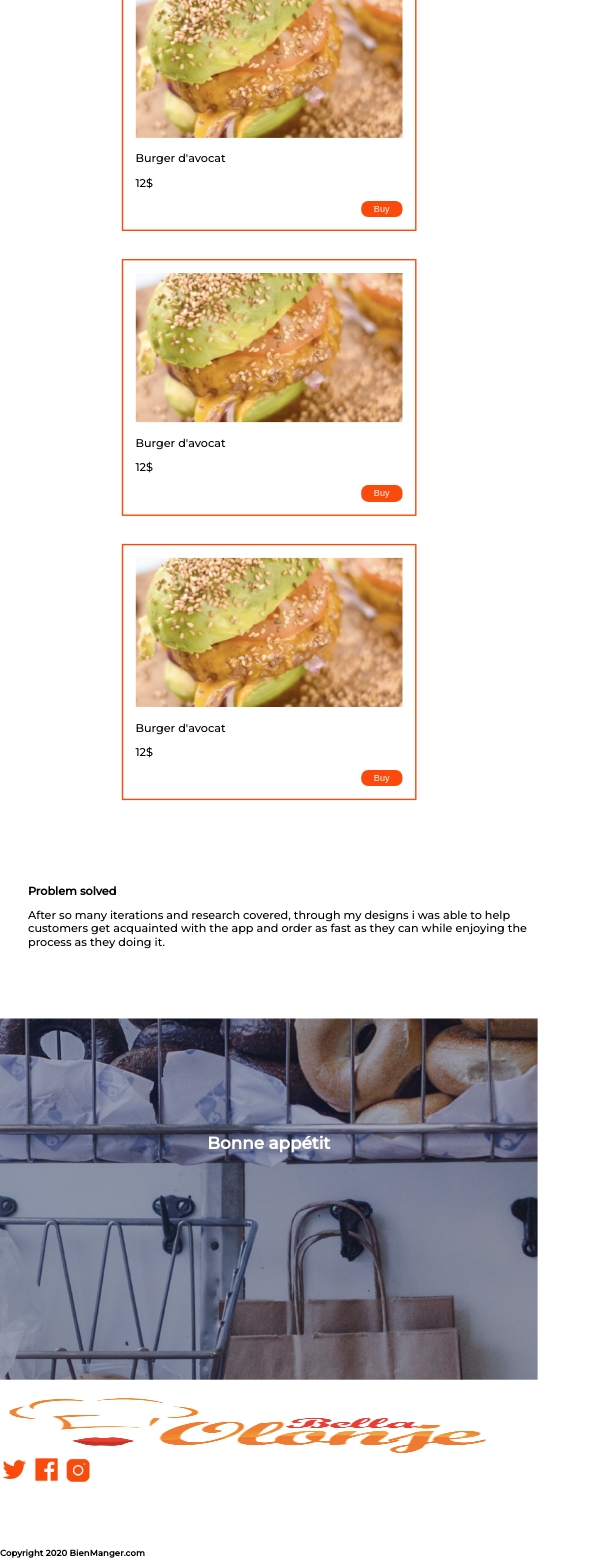
Repository: Ahlam-belhadj/bella-olange
Page: index.html
An editor plug-in stored every save of this project. The page is shown before and after a run of saves, followed by the edit.
The browser window is 768 px wide. The page is 858 px wide, so the pictures cover 858 px, including what lies to the right of the window. The pictures show the part of the page from y = 3910 to 6150 px (the page is 6150 px tall), at 70% of full size.

Above is the page before, as saved 2023-02-12 00:39:07.

After the next 3 saves:
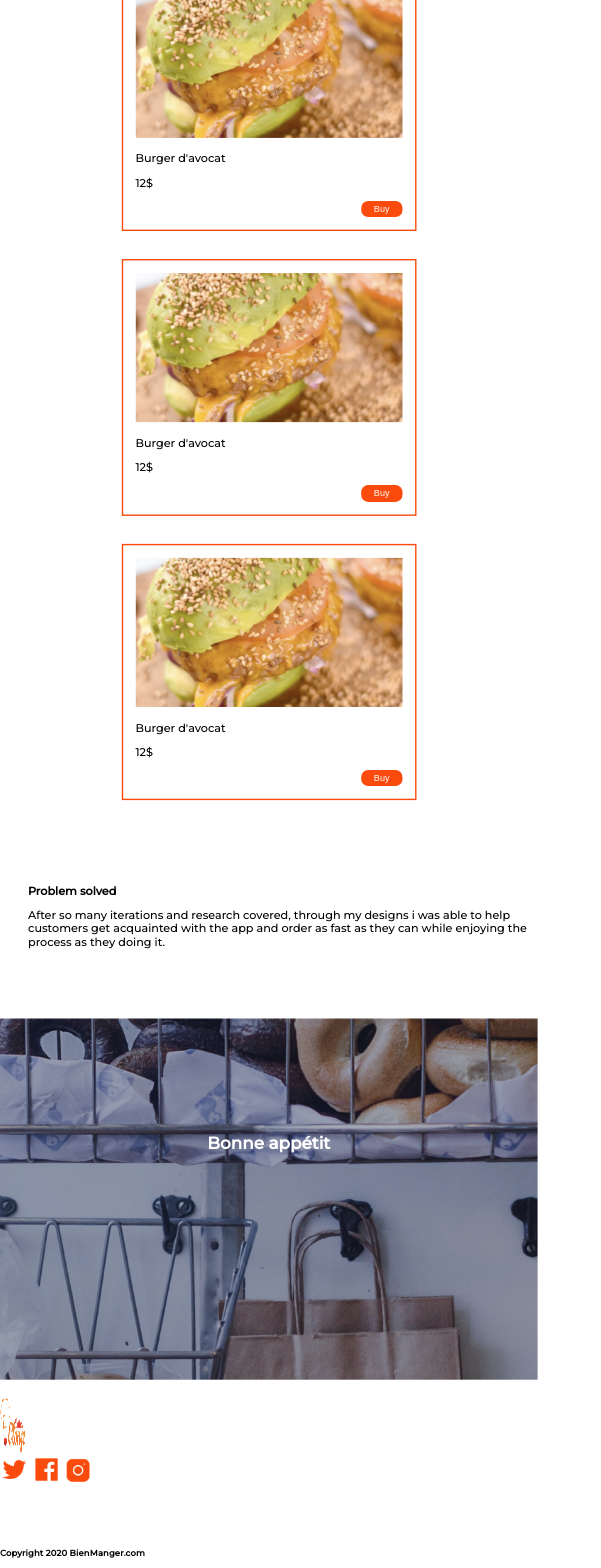
The 3 saves are shown as one change because they came seconds apart.
The last was saved 89 s later.
--- a/style.css
+++ b/style.css
@@ -274,7 +274,7 @@ strong {
 
 
     .footer_logo{
-
+        width: 40px;
     }
     .social {
         padding: 0;
